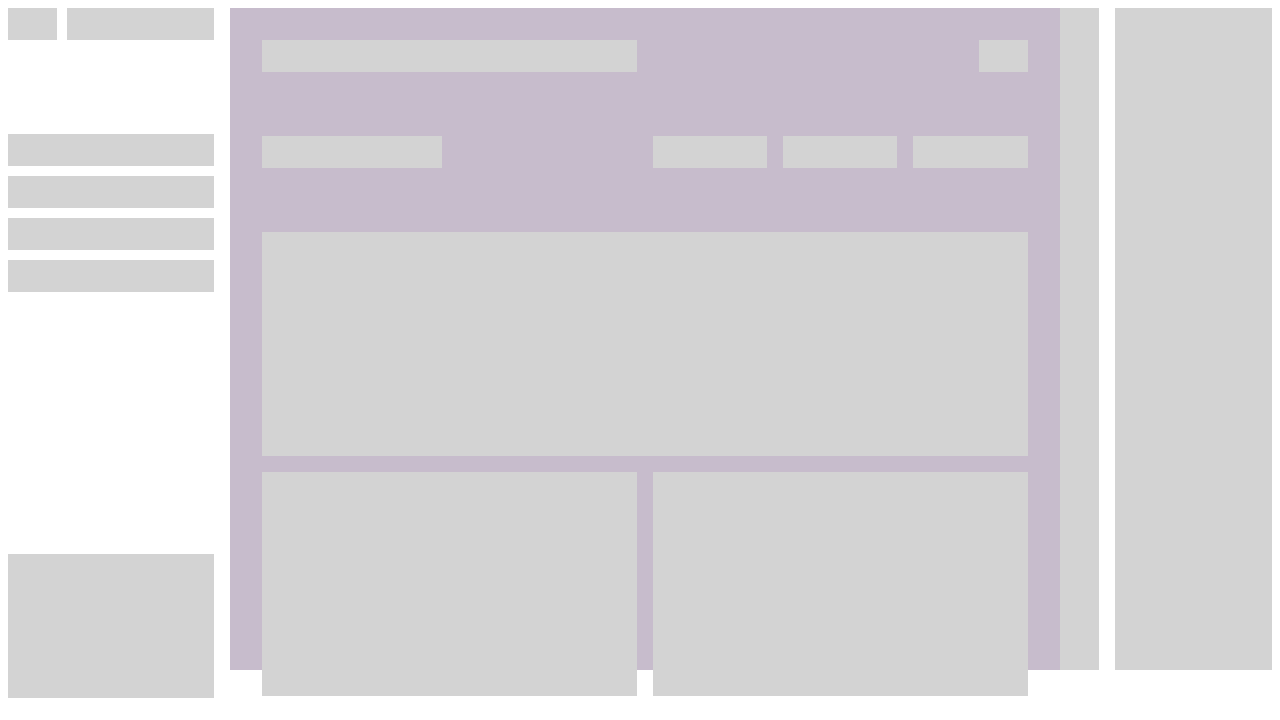
Repository: tr2cky/exercise2
Page: index.html
An editor plug-in stored every save of this project. The page is shown before and after the next save, followed by the edit.
The browser window is 1280 px wide. The pictures show the whole page.

Above is the page before, as saved 2022-10-01 18:45:13.

After the next save:
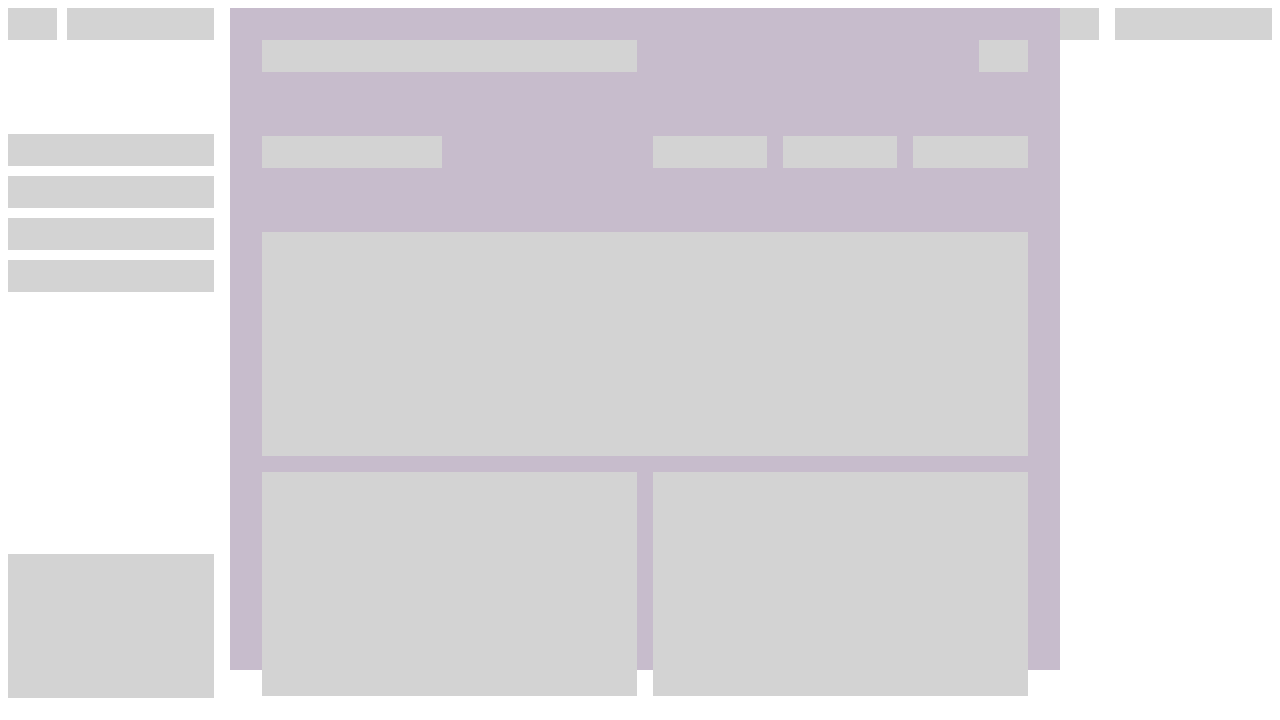
Saved 33 s later.
--- a/style.css
+++ b/style.css
@@ -105,5 +105,5 @@ main div,
     display: grid;
     grid-template-columns: 1fr 4fr;
     grid-gap: 1em;
-
+    grid-auto-rows: 2em;
 }
